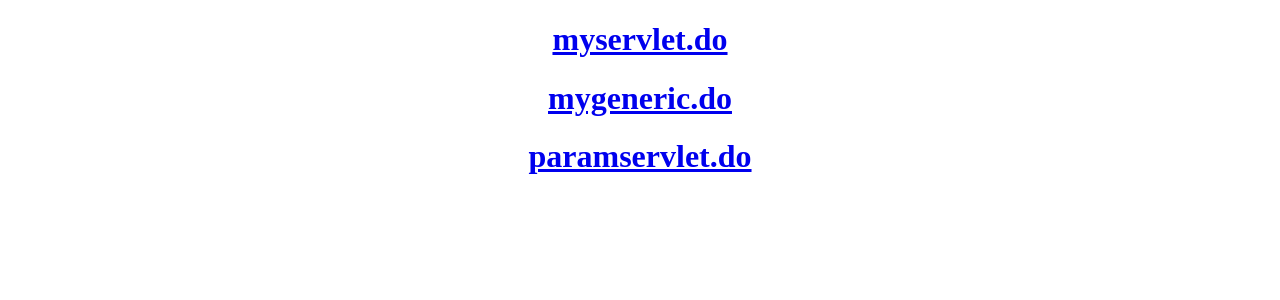
Repository: govltjsdnd24/SSAFY_BackEnd
Page: LocalServletJspEx/WebContent/index.html
These files come from the project's save history. The page is drawn as it stood at one moment and after the next save; the edit follows.
The browser window is 1280 px wide. The pictures show the whole page.

Above is the page before, as saved 2023-09-14 04:54:46.

### LocalServletJspEx/WebContent/index.html
<!DOCTYPE html>
<html>
<head>
<meta charset="UTF-8">
<title>Insert title here</title>
</head>
<body>
	<div align="center">
		<h1> <a href="myservlet.do">myservlet.do</a></h1>
		<h1> <a href="mygeneric.do">mygeneric.do</a></h1>
		<h1> <a href="paramservlet.do?op1=1&op2=13">paramservlet.do</a></h1>
	</div>
</body>
</html>

After the next save:
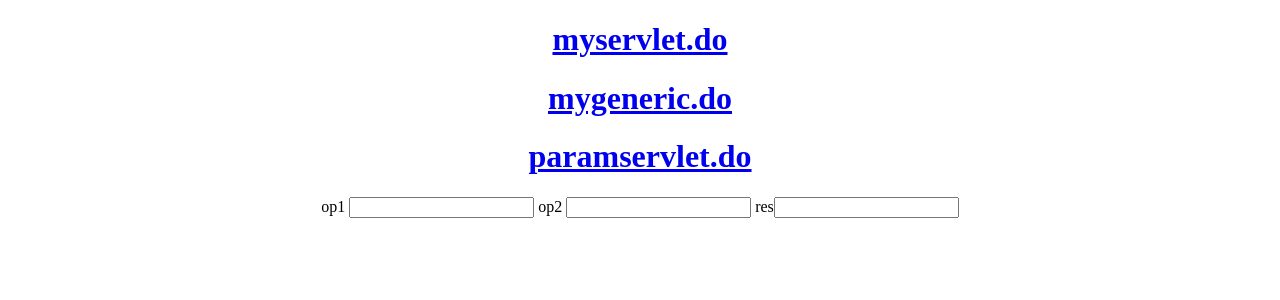
Saved 3 min 42 s later.
--- a/LocalServletJspEx/WebContent/index.html
+++ b/LocalServletJspEx/WebContent/index.html
@@ -9,6 +9,11 @@
 		<h1> <a href="myservlet.do">myservlet.do</a></h1>
 		<h1> <a href="mygeneric.do">mygeneric.do</a></h1>
 		<h1> <a href="paramservlet.do?op1=1&op2=13">paramservlet.do</a></h1>
+		<form action="paramservlet.do" method="post">
+			<label for="iop1">op1 </label><input type="text" id= "iop1" name= "nop1">
+			<label for="iop2">op2 </label><input type="text" id= "iop2" name= "nop2">
+			<label for="res">res</label><input type="text" id= "res" name= "res" readonly="readonly">
+		</form>
 	</div>
 </body>
 </html>
